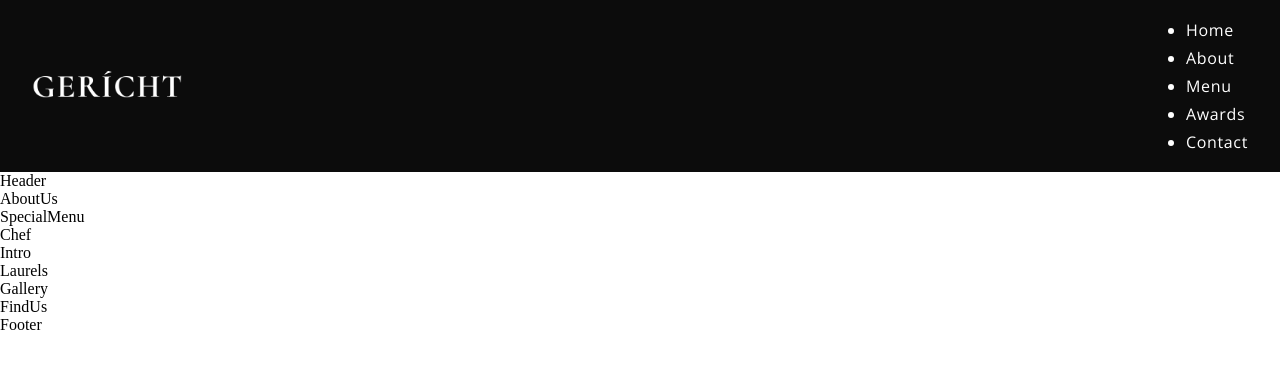
Repository: Isanderr/react-restaurant-page
Page: /
The author's editor kept a copy of each file at every save. The page is drawn from the files as they stood at one save, then again after the next save.
The browser window is 1280 px wide. The pictures show the whole page.
Some web fonts or font styles are not loaded; a fallback is used. The project was rebuilt for these pictures with package versions that can differ from the ones it lists, and the page was loaded fresh each time. Also part of the build but not shown: src/components/SubHeading/SubHeading.jsx, src/components/Footer/Newsletter.jsx, src/components/Footer/FooterOverlay.jsx, src/components/Menuitem/MenuItem.jsx.

Above is the page before, as saved 2022-05-21 14:10:48.

### public/index.html
<!DOCTYPE html>
<html lang="en">
  <head>
    <meta charset="utf-8" />
    <link rel="icon" href="%PUBLIC_URL%/favicon.ico" />
    <meta name="viewport" content="width=device-width, initial-scale=1" />
    <meta name="theme-color" content="#000000" />
    <meta
      name="description"
      content="Web site created using create-react-app"
    />
    <link rel="apple-touch-icon" href="%PUBLIC_URL%/logo192.png" />
    <link rel="manifest" href="%PUBLIC_URL%/manifest.json" />
    <title>Restaurant Page</title>
  </head>
  <body>
    <noscript>You need to enable JavaScript to run this app.</noscript>
    <div id="root"></div>
  </body>
</html>

### src/index.js
import React from 'react';
import { createRoot } from 'react-dom/client';

import './index.css';
import App from './App';

const container = document.getElementById('root');
const root = createRoot(container);
root.render(<React.StrictMode>
  <App />
</React.StrictMode>);

### src/components/Navbar/Navbar.jsx
import React from 'react';
import {GiHamburgerMenu} from 'react-icons/gi';
import {MdOutlineRestaurantMenu} from 'react-icons/md';
import images from '../../constants/images';


import './Navbar.css';

const Navbar = () => (
  <nav className="app__navbar">
    <div className="app__navbar-logo">
      <img src={ images.gericht} alt="logo"/>
    </div>
    <ul className="app__navbar-links">
      <li className="p__opensans"><a href="#home">Home</a></li>
      <li className="p__opensans"><a href="#about">About</a></li>
      <li className="p__opensans"><a href="#menu">Menu</a></li>
      <li className="p__opensans"><a href="#awards">Awards</a></li>
      <li className="p__opensans"><a href="#contact">Contact</a></li>
    </ul>
  </nav>
);

export default Navbar;

### src/constants/images.js
import bg from '../assets/bg.png';
import chef from '../assets/chef.png';
import G from '../assets/G.png';
import gallery01 from '../assets/gallery01.png';
import gallery02 from '../assets/gallery02.png';
import gallery03 from '../assets/gallery03.png';
import gallery04 from '../assets/gallery04.png';
import knife from '../assets/knife.png';
import logo from '../assets/logo.png';
import menu from '../assets/menu.png';
import overlaybg from '../assets/overlaybg.png';
import spoon from '../assets/spoon.svg';
import welcome from '../assets/welcome.png';
import findus from '../assets/findus.png';
import laurels from '../assets/laurels.png';
import award01 from '../assets/award01.png';
import award02 from '../assets/award02.png';
import award03 from '../assets/award03.png';
import award05 from '../assets/award05.png';
import sign from '../assets/sign.png';
import quote from '../assets/quote.png';
import gericht from '../assets/gericht.png';

export default {
  bg,
  chef,
  G,
  gallery01,
  gallery02,
  gallery03,
  gallery04,
  knife,
  logo,
  menu,
  overlaybg,
  spoon,
  welcome,
  findus,
  laurels,
  award01,
  award02,
  award03,
  award05,
  sign,
  quote,
  gericht,
};

### src/components/Navbar/Navbar.css
.app__navbar {
    width: 100%;
    display: flex;
    justify-content: space-between;
    align-items: center;
    background: var(--color-black);
    padding: 1rem 2rem;
}

.app__navbar-logo{
    display: flex;
    justify-content: flex-start;
    align-items: center;
}

.app__navbar-logo img {
    width: 150px;
}

Loaded but not shown: src/index.css (common file); src/App.js (common file); src/container/index.js (common file); src/components/index.js (common file); src/App.css (common file); src/container/AboutUs/AboutUs.jsx (common file); src/container/Chef/Chef.jsx (common file); src/container/Findus/FindUs.jsx (common file); src/container/Footer/Footer.jsx (common file); src/container/Gallery/Gallery.jsx (common file); src/container/Header/Header.jsx (common file); src/container/Intro/Intro.jsx (common file); src/container/Laurels/Laurels.jsx (common file); src/container/Menu/SpecialMenu.jsx (common file); src/components/Footer/FooterOverlay.css (no stored copy; drawn as an empty file); src/components/Footer/Newsletter.css (no stored copy; drawn as an empty file); src/components/Menuitem/MenuItem.css (no stored copy; drawn as an empty file); src/container/AboutUs/AboutUs.css (no stored copy; drawn as an empty file); src/container/Chef/Chef.css (no stored copy; drawn as an empty file); src/container/Footer/Footer.css (no stored copy; drawn as an empty file); src/container/Gallery/Gallery.css (no stored copy; drawn as an empty file); src/container/Header/Header.css (no stored copy; drawn as an empty file); src/container/Intro/Intro.css (no stored copy; drawn as an empty file); src/container/Laurels/Laurels.css (no stored copy; drawn as an empty file); src/container/Menu/SpecialMenu.css (no stored copy; drawn as an empty file)

After the next save:
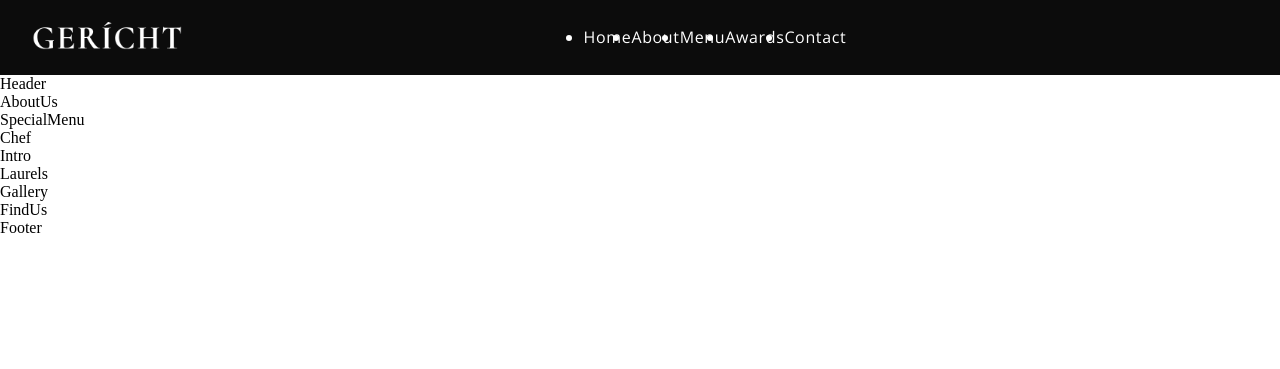
Saved 43 s later.
--- a/src/components/Navbar/Navbar.css
+++ b/src/components/Navbar/Navbar.css
@@ -16,3 +16,10 @@
 .app__navbar-logo img {
     width: 150px;
 }
+
+.app__navbar-links {
+    flex: 1;
+    display: flex;
+    justify-content: center;
+    align-items: center;
+}
